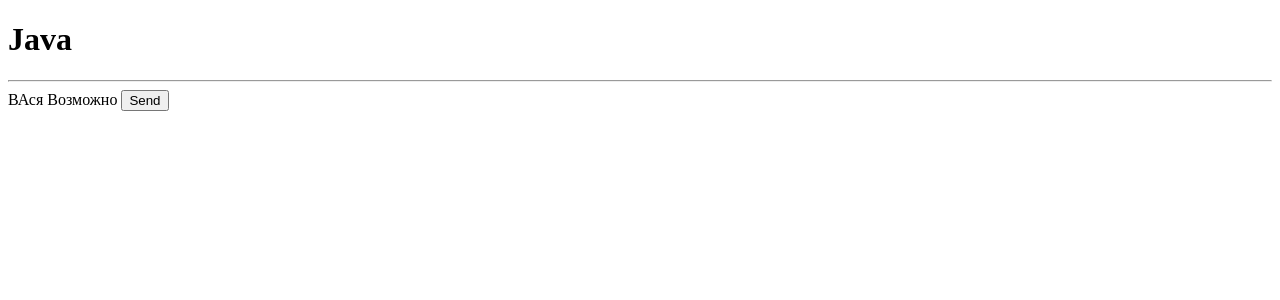
Repository: vadhub/JSP-Service
Page: http://localhost/JSPage/index.jsp
An editor plug-in stored every save of this project. The page is shown before and after the next save, followed by the edit.
The browser window is 1280 px wide. The pictures show the whole page.
The page is served by Tomcat 9. Other server files are loaded and not shown.

Above is the page before, as saved 2019-07-21 03:51:31.

### JSPage/WebContent/index.jsp
<%@ page language="java" contentType="text/html; charset=UTF-8" pageEncoding="UTF-8"%>
<!DOCTYPE html>
<html>
<head>
<meta charset="UTF-8">
<title>Service</title>
</head>
<body>
<h1>Java</h1>

<hr/>
<%= "ВАся"%>

<%!String answers[] = {"Да", "Нет", "Возможно"}; %>
<%!int i = (int) (Math.random()*3); %>
<%= answers[i]%>

<input type ="submit" value="Send"/>
</body>
</html>

After the next save:
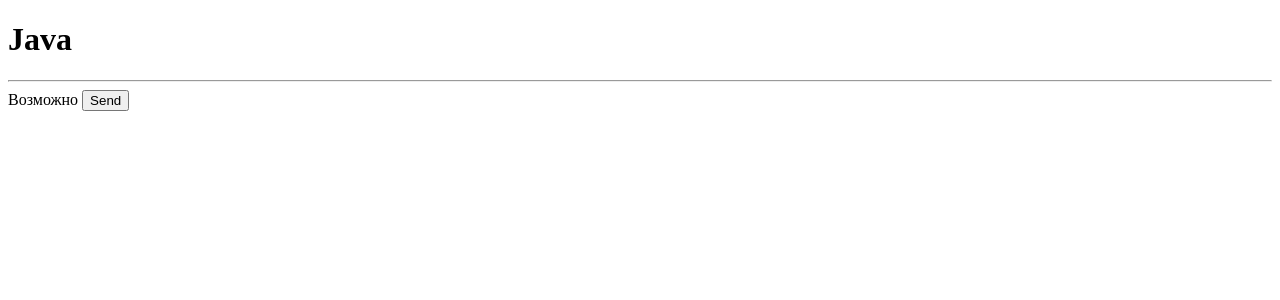
Saved 4 min 53 s later.
--- a/JSPage/WebContent/index.jsp
+++ b/JSPage/WebContent/index.jsp
@@ -9,8 +9,6 @@
 <h1>Java</h1>
 
 <hr/>
-<%= "ВАся"%>
-
 <%!String answers[] = {"Да", "Нет", "Возможно"}; %>
 <%!int i = (int) (Math.random()*3); %>
 <%= answers[i]%>
